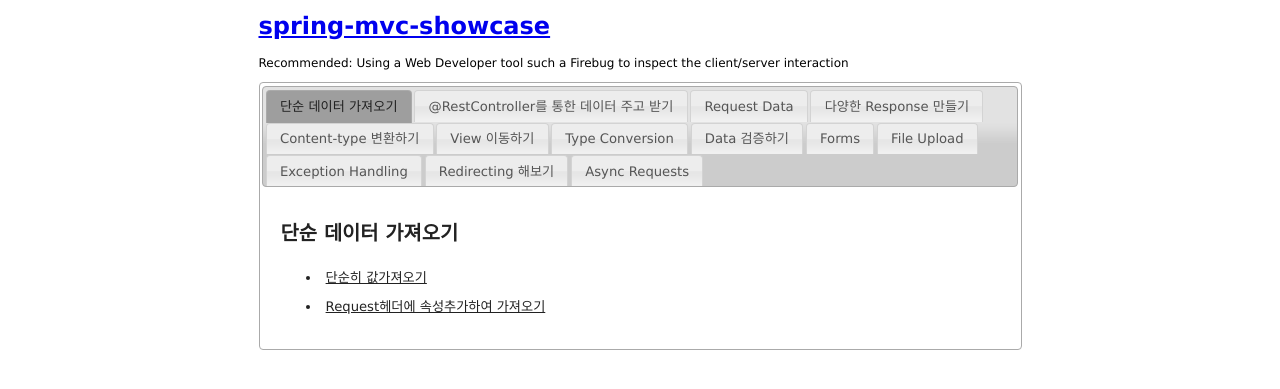
Repository: rmsdud2435/Spring5-Study
Page: http://localhost/SpringVersion5/WEB-INF/views/home.jsp
An editor plug-in stored every save of this project. The page is shown before and after the next save, followed by the edit.
The browser window is 1280 px wide. The pictures show the whole page.
Pictures or frames that could not be fetched are drawn as grey boxes. The page is served by Tomcat 9. Nobody is signed in. The template is opened directly, without the code that normally fills it, so the values that code supplies are empty.

Above is the page before, as saved 2019-04-25 07:50:30.

After the next save:
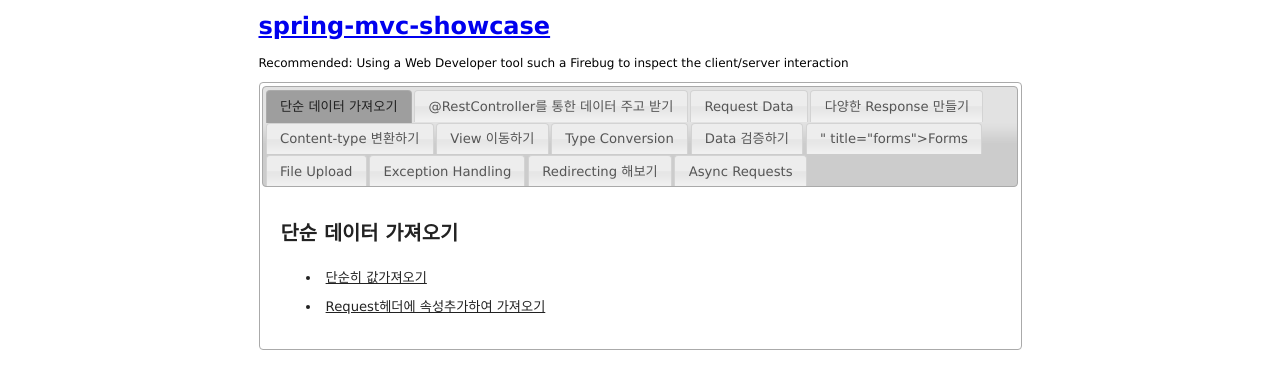
Saved 13 s later.
--- a/SpringVersion5/src/main/webapp/WEB-INF/views/home.jsp
+++ b/SpringVersion5/src/main/webapp/WEB-INF/views/home.jsp
@@ -30,7 +30,7 @@
 		<li><a href="#views">View 이동하기</a></li>
 		<li><a href="#convert">Type Conversion</a></li>
 		<li><a href="#validation">Data 검증하기</a></li>
-		<li><a href="<c:url value="/form" />" title="forms">Forms</a></li>
+		<li><a href="#form" />" title="forms">Forms</a></li>
 		<li><a href="<c:url value="/fileupload" />" title="fileupload">File Upload</a></li>
 		<li><a href="#exceptions">Exception Handling</a></li>
 		<li><a href="#redirect">Redirecting 해보기</a></li>

After the save that followed:
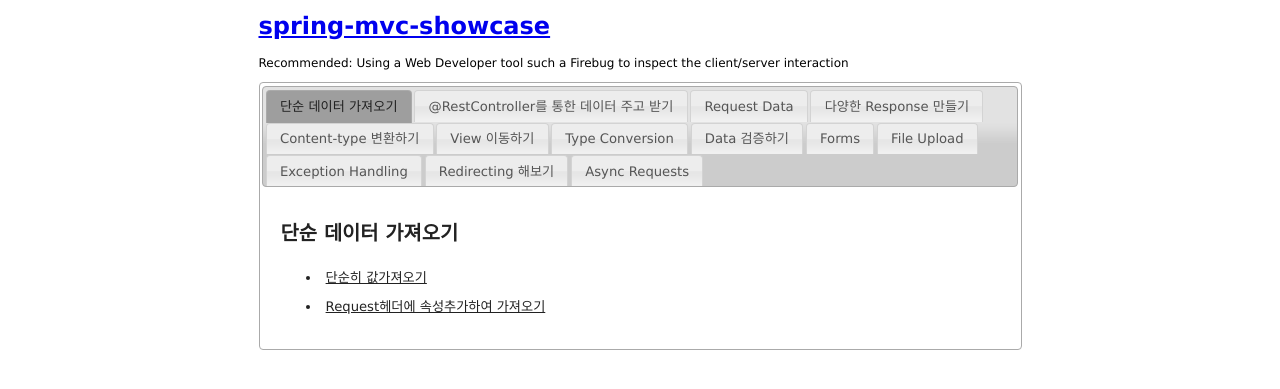
Saved 16 s later.
--- a/SpringVersion5/src/main/webapp/WEB-INF/views/home.jsp
+++ b/SpringVersion5/src/main/webapp/WEB-INF/views/home.jsp
@@ -30,7 +30,7 @@
 		<li><a href="#views">View 이동하기</a></li>
 		<li><a href="#convert">Type Conversion</a></li>
 		<li><a href="#validation">Data 검증하기</a></li>
-		<li><a href="#form" />" title="forms">Forms</a></li>
+		<li><a href="#form" title="forms">Forms</a></li>
 		<li><a href="<c:url value="/fileupload" />" title="fileupload">File Upload</a></li>
 		<li><a href="#exceptions">Exception Handling</a></li>
 		<li><a href="#redirect">Redirecting 해보기</a></li>
